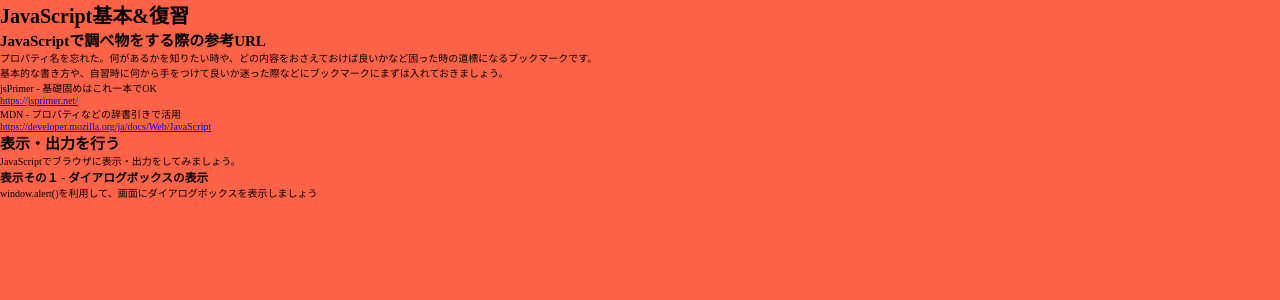
Repository: Yuto-Arakawa/study_js
Page: 01_basic/荒川/ara_basic01.html
The author's editor kept a copy of each file at every save. The page is drawn from the files as they stood at one save, then again after the next save.
The browser window is 1280 px wide. The pictures show the whole page.

Above is the page before, as saved 2026-11-06 14:27:03.

After the next save:
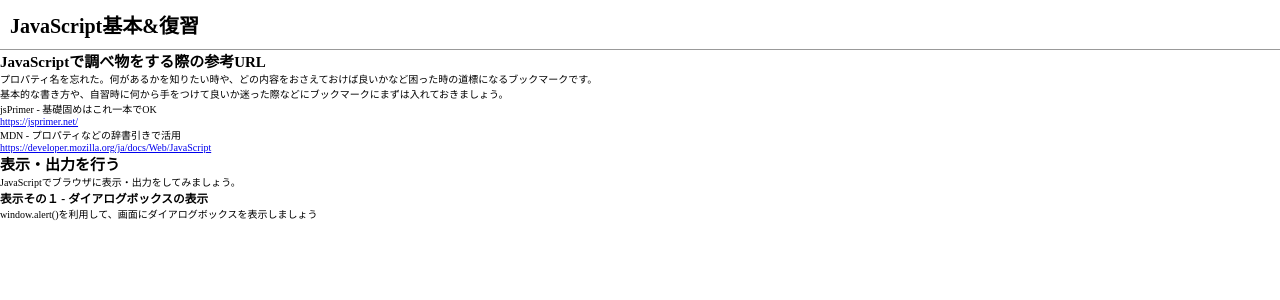
Saved 3 min 16 s later.
--- a/01_basic/荒川/css/basic01.css
+++ b/01_basic/荒川/css/basic01.css
@@ -1,4 +1,8 @@
 html{
     font-size: 62.5%;
-    background-color: tomato;
 }
+
+header{
+    padding: 1rem;
+    border-bottom: solid 1px #999;
+}
